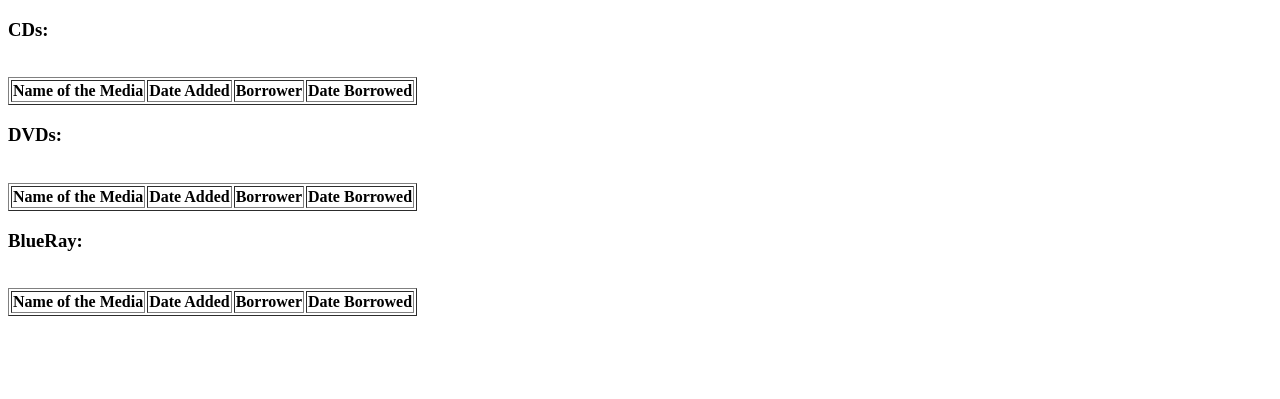
Repository: sjayach/CS320
Page: http://localhost/Practise/DisplayMedia
These files come from the project's save history. The page is drawn as it stood at one moment and after the next save; the edit follows.
The browser window is 1280 px wide. The pictures show the whole page.
The page is served by Tomcat 9. Other server files are loaded and not shown. Queries for data that is not in the repository find no rows.

Above is the page before, as saved 2015-06-11 19:21:18.

### Practise/WebContent/WEB-INF/MediaDisplay.jsp
<%@ page language="java" contentType="text/html; charset=ISO-8859-1"
    pageEncoding="ISO-8859-1"%>
    <%@ taglib prefix="c" uri="http://java.sun.com/jsp/jstl/core" %>
<!DOCTYPE html PUBLIC "-//W3C//DTD HTML 4.01 Transitional//EN" "http://www.w3.org/TR/html4/loose.dtd">
<html>
<head>
<meta http-equiv="Content-Type" content="text/html; charset=ISO-8859-1">
<title>Insert title here</title>
</head>
<body>
<h3>CDs:</h3><br />
<table border="1">
	<tr>
		<th>Name of the Media</th>
		<th>Date Added</th>
		<th>Borrower</th>
		<th>Date Borrowed</th>
	</tr>
	<c:forEach items="${ medialist}" var="media">
		<c:if test="${media.types == 'CD' }">
		<tr>

			<td>${media.namemedia}</td>
			<td>${media.addDate}</td>
			<c:choose>
				<c:when test="${not empty media.borrowed}">
					<td>${media.borrowed}<br/><a href ="DisplayMedia?return=${media.id}">Return</a></td>

					<td>${media.lentdate }
				</c:when>
				<c:otherwise>
					<td><a href ="LendPage?id=${media.id}">Lend</a></td>
					<td></td>
				</c:otherwise>
			</c:choose>
		</tr>
	</c:if>
	</c:forEach>

</table>





<h3>DVDs:</h3><br />
<table border="1">
	<tr>
		<th>Name of the Media</th>
		<th>Date Added</th>
		<th>Borrower</th>
		<th>Date Borrowed</th>
	</tr>
	<c:forEach items="${ medialist}" var="media">
		<c:if test="${media.types == 'DVD' }">
		<tr>

			<td>${media.namemedia}</td>
			<td>${media.addDate}</td>
			<c:choose>
				<c:when test="${not empty media.borrowed}">
					<td>${media.borrowed}</td>
					<td>${media.lentDate }
				</c:when>
				<c:otherwise>
					<td><a href ="LendPage?id=${media.id}">Lend</a></td>
					<td></td>
				</c:otherwise>
			</c:choose>
		</tr>
	</c:if>
	</c:forEach>

</table>



<h3>BlueRay:</h3><br />
<table border="1">
	<tr>
		<th>Name of the Media</th>
		<th>Date Added</th>
		<th>Borrower</th>
		<th>Date Borrowed</th>
	</tr>
	<c:forEach items="${ medialist}" var="media">
		<c:if test="${media.types == 'BlueRay' }">
		<tr>

			<td>${media.namemedia}</td>
			<td>${media.addDate}</td>
			<c:choose>
				<c:when test="${not empty media.borrowed}">
					<td>${media.borrowed}</td>
					<td>${media.lentDate }
				</c:when>
				<c:otherwise>
					<td><a href ="LendPage?id=${media.id}">Lend</a></td>
					<td></td>
				</c:otherwise>
			</c:choose>
		</tr>
	</c:if>
	</c:forEach>

</table>


</body>
</html>

### Practise/src/mediaStore/DisplayMedia.java
package mediaStore;

import java.io.IOException;
import java.sql.Connection;
import java.sql.Date;
import java.sql.Driver;
import java.sql.DriverManager;
import java.sql.ResultSet;
import java.sql.Statement;
import java.sql.Timestamp;
import java.util.ArrayList;
import java.util.List;

import javax.servlet.ServletContext;
import javax.servlet.ServletException;
import javax.servlet.annotation.WebServlet;
import javax.servlet.http.HttpServlet;
import javax.servlet.http.HttpServletRequest;
import javax.servlet.http.HttpServletResponse;

/**
 * Servlet implementation class DisplayMedia
 */
@WebServlet("/DisplayMedia")
public class DisplayMedia extends HttpServlet {
	private static final long serialVersionUID = 1L;

	protected void doGet(HttpServletRequest request, HttpServletResponse response) throws ServletException, IOException {

		ServletContext context = this.getServletContext();
		String host = "cs3.calstatela.edu";
		String port = "3306";
		String dbName = "cs320stu47";
		String username = "cs320stu47";
		String password = "..7qX4#g";

		String url = "jdbc:mysql://" + host + ":" + port + "/" + dbName;

		try{
			// Dynamically include the MySQL Driver
			Class.forName("org.gjt.mm.mysql.Driver").newInstance();

			// Instantiate the Driver
			Driver driver = new org.gjt.mm.mysql.Driver();

			// Connect to the Database
			Connection connection =
					DriverManager.getConnection(url, username, password);

			// Create a Statement
			Statement statement = connection.createStatement();

			if (request.getParameter("return") != null) {
				int id=Integer.parseInt(request.getParameter("return"));
				String query ="UPDATE Media SET isLoan=0,Borrowed=NULL,lentDate=NULL WHERE id="+id;
				statement.executeUpdate(query);
			}
			String query ="SELECT * FROM Media";
			List<MediaBean> mediaList = new ArrayList<MediaBean>();
			ResultSet rs = statement.executeQuery(query);
			while(rs.next()) {
				int id = rs.getInt("id");
				String type = rs.getString("type");
				String namemedia = rs.getString("nameMedia");
				Timestamp addDate = rs.getTimestamp("addDate");
				boolean isloan = rs.getBoolean("isLoan");
				String lentdate= rs.getString("lentDate");
				String borrowed = rs.getString("Borrowed");
				mediaList.add(new MediaBean(id, type,namemedia,addDate,isloan,lentdate,borrowed));
				System.out.println("type" +type + "Name" +namemedia+ "date" + addDate);
			}
			connection.close();
			request.setAttribute("medialist", mediaList);
			context.setAttribute("MediContext", mediaList);
			request.getRequestDispatcher("/WEB-INF/MediaDisplay.jsp").forward(request,response);
		} catch(Exception e) {}
	}


	protected void doPost(HttpServletRequest request, HttpServletResponse response) throws ServletException, IOException {

		doGet(request,response);
	}

}

After the next save:
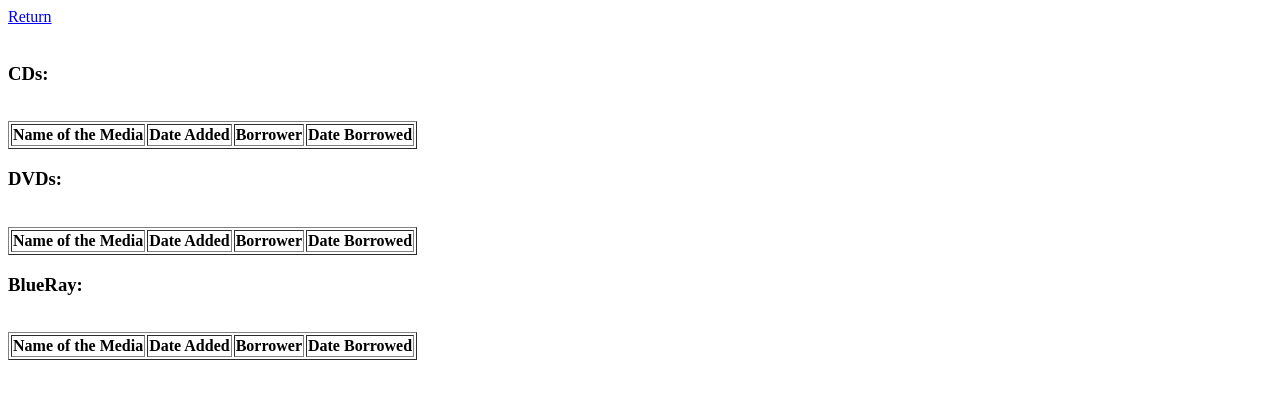
Saved 2 min 0 s later.
--- a/Practise/WebContent/WEB-INF/MediaDisplay.jsp
+++ b/Practise/WebContent/WEB-INF/MediaDisplay.jsp
@@ -8,6 +8,8 @@
 <title>Insert title here</title>
 </head>
 <body>
+
+<a href ="AddMedia?return=${media.id}">Return</a><br /><br />
 <h3>CDs:</h3><br />
 <table border="1">
 	<tr>
